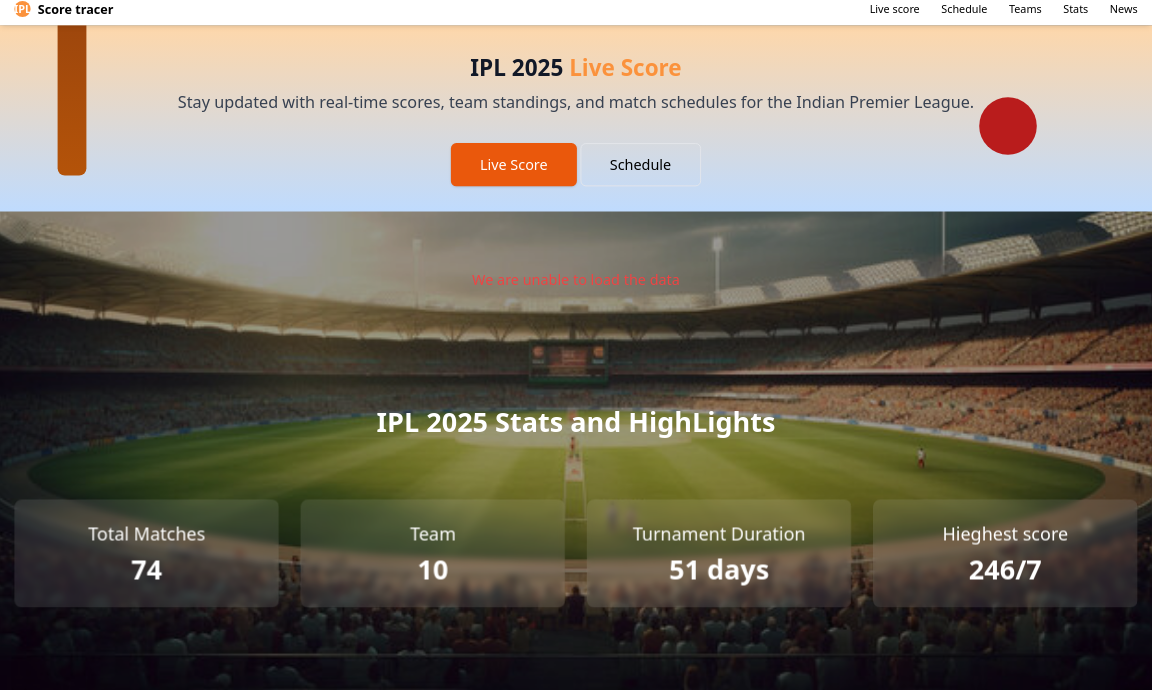
Repository: GauraVPandeyyy/IPL_PointsTable
Page: /
An editor plug-in stored every save of this project. The page is shown before and after the next save, followed by the edit.
The browser window is 1280 px wide. The pictures show the whole page, at 90% of full size.
The page's requests for data from a server got no answer. Backgrounds fixed to the window are drawn as part of the page. Some web libraries are served in a nearby version. The project was rebuilt for these pictures with package versions that can differ from the ones it lists, and the page was loaded fresh each time. No one was signed in, and anything a server would have sent is missing. Also part of the build but not shown: vite.config.js, src/components/Footer.jsx.

Above is the page before, as saved 2025-04-18 16:05:33.

After the next save:
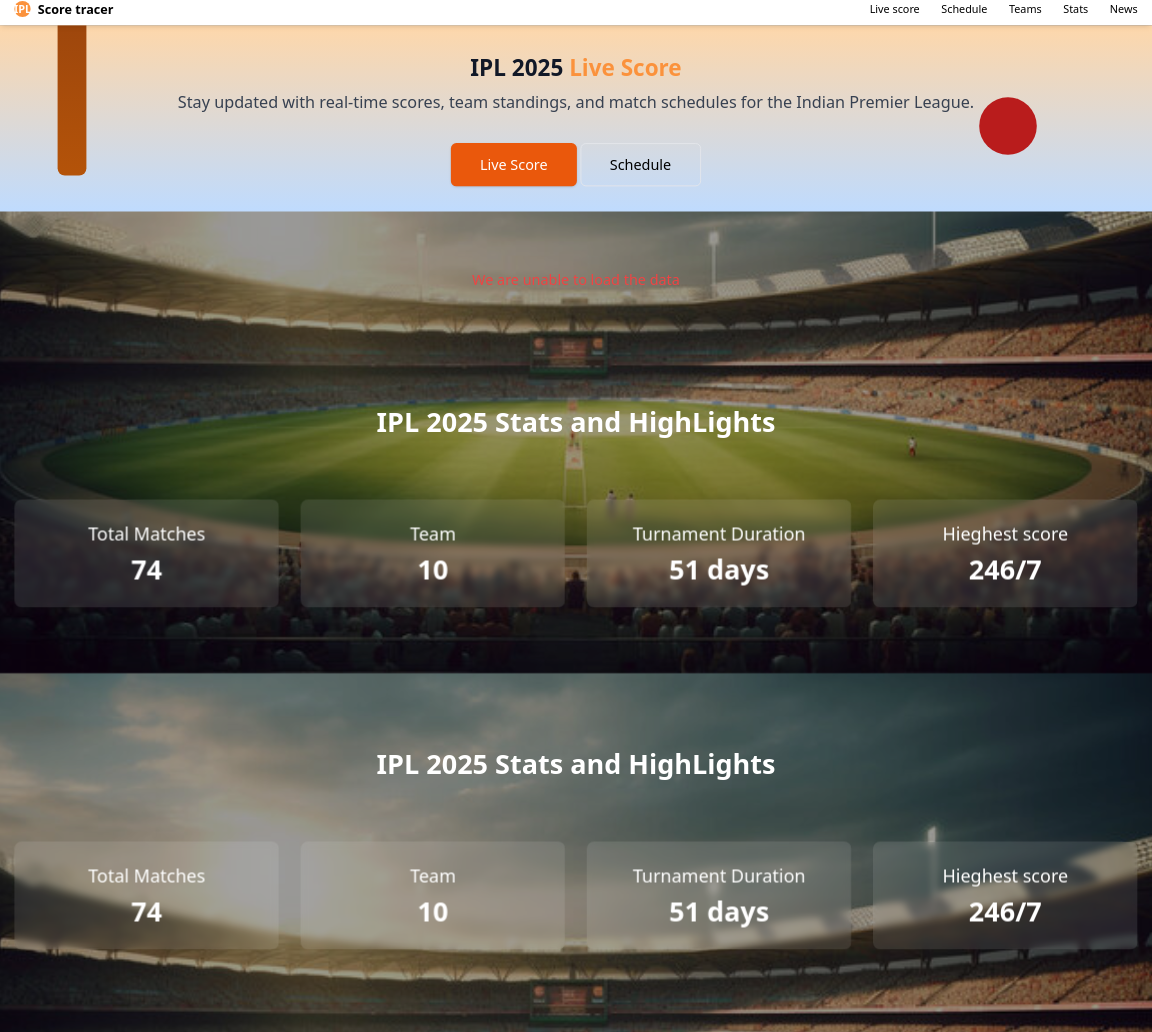
Saved 14 s later.
--- a/src/page/HomePage.jsx
+++ b/src/page/HomePage.jsx
@@ -18,6 +18,9 @@
           <div className="bg-opacity-90">
             <StatsSection />
           </div>
+          <div className="bg-opacity-90">
+            <StatsSection />
+          </div>
         </div>
       </div>
     </div>
